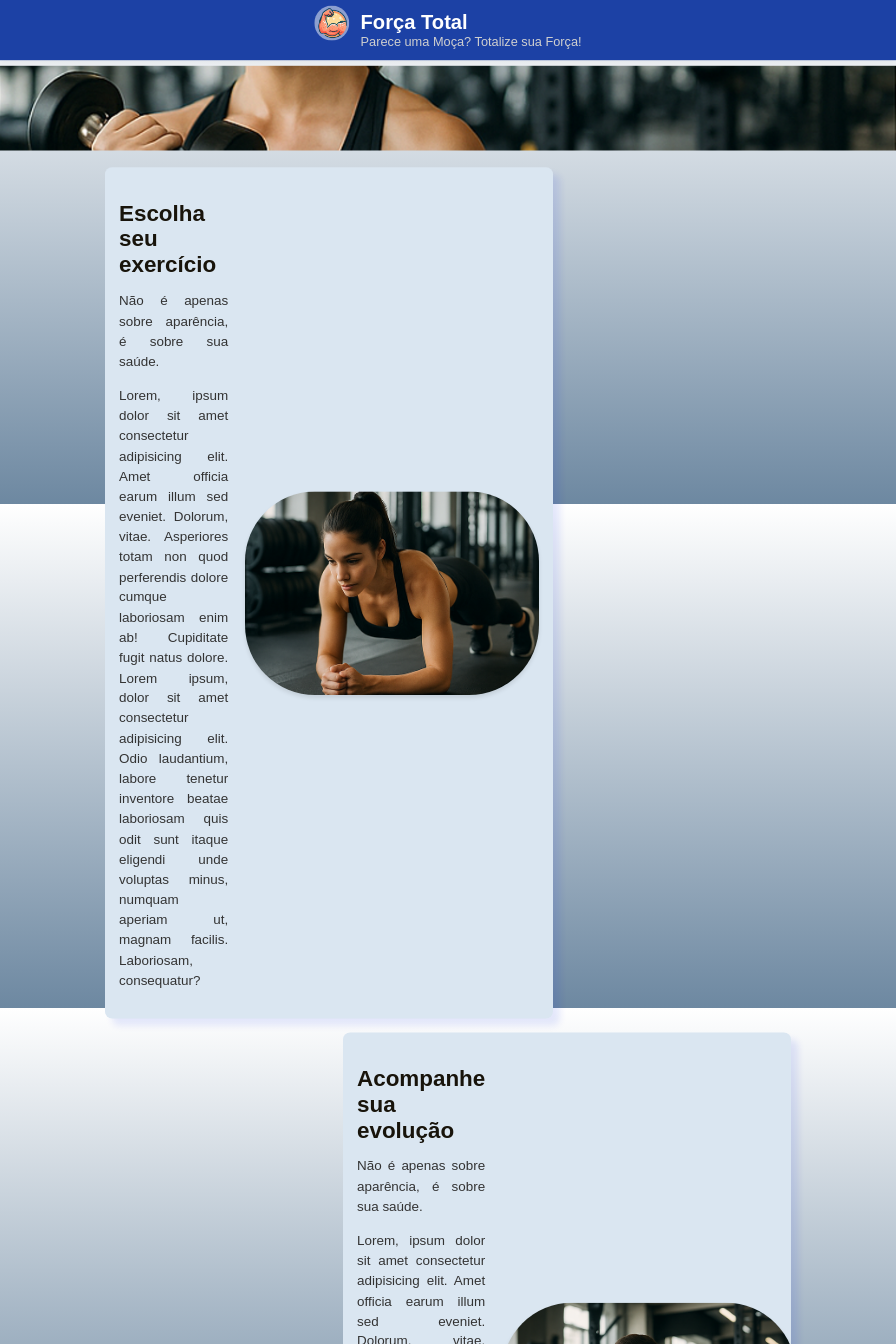
Repository: LuidyOn/Site_Forca_Total
Page: ForçaTotal/index.html
These files come from the project's save history. The page is drawn as it stood at one moment and after the next save; the edit follows.
The browser window is 1280 px wide. The pictures show the part of the page from y = 0 to 1920 px (the page is 3944 px tall before and 3456 px after), at 70% of full size.
Backgrounds fixed to the window are drawn as part of the page.

Above is the page before, as saved 2025-05-19 14:14:58.
Not found: ForçaTotal/js/script.js

After the next save:
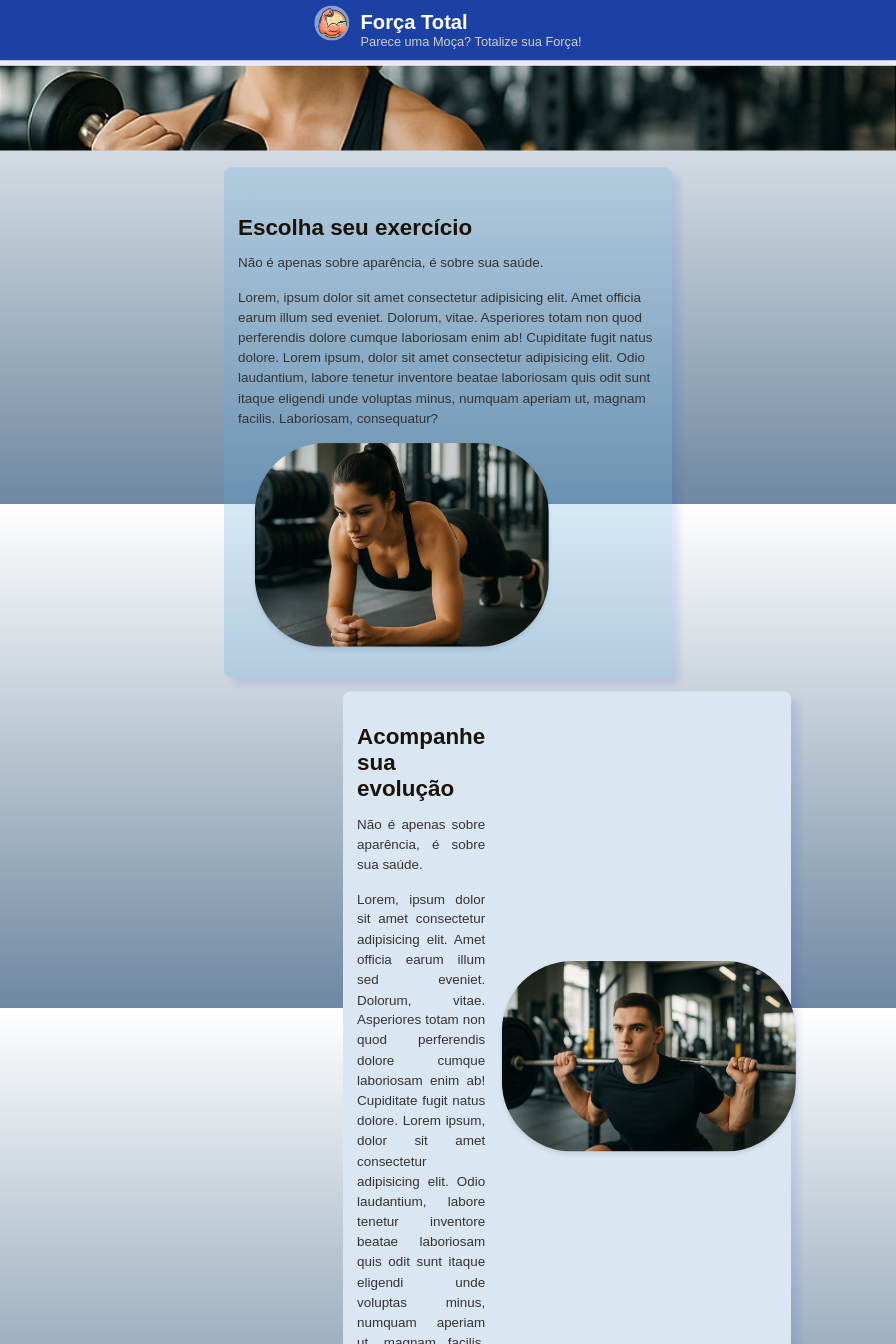
Saved 13 s later.
--- a/ForçaTotal/index.html
+++ b/ForçaTotal/index.html
@@ -21,8 +21,7 @@
 
 <img src="img/bannerpeso.png" alt="mulher com peso" style="width: 100%; height: auto; margin-top: 20px;">
 
-    <section class="variacao" style="background-color: #dae6f1; padding: 20px; text-align: justify; margin-left: 150px; display: flex; align-items: center; justify-content: space-between;">
-        <div style="flex: 1;">
+    <section class="variacao">
             <h2>Escolha seu exercício</h2>
             <p>Não é apenas sobre aparência, é sobre sua saúde.</p>
             <p>Lorem, ipsum dolor sit amet consectetur adipisicing elit. Amet officia earum illum sed eveniet. Dolorum, vitae. Asperiores totam non quod perferendis dolore cumque laboriosam enim ab! Cupiditate fugit natus dolore. Lorem ipsum, dolor sit amet consectetur adipisicing elit. Odio laudantium, labore tenetur inventore beatae laboriosam quis odit sunt itaque eligendi unde voluptas minus, numquam aperiam ut, magnam facilis. Laboriosam, consequatur?</p>

After the save that followed:
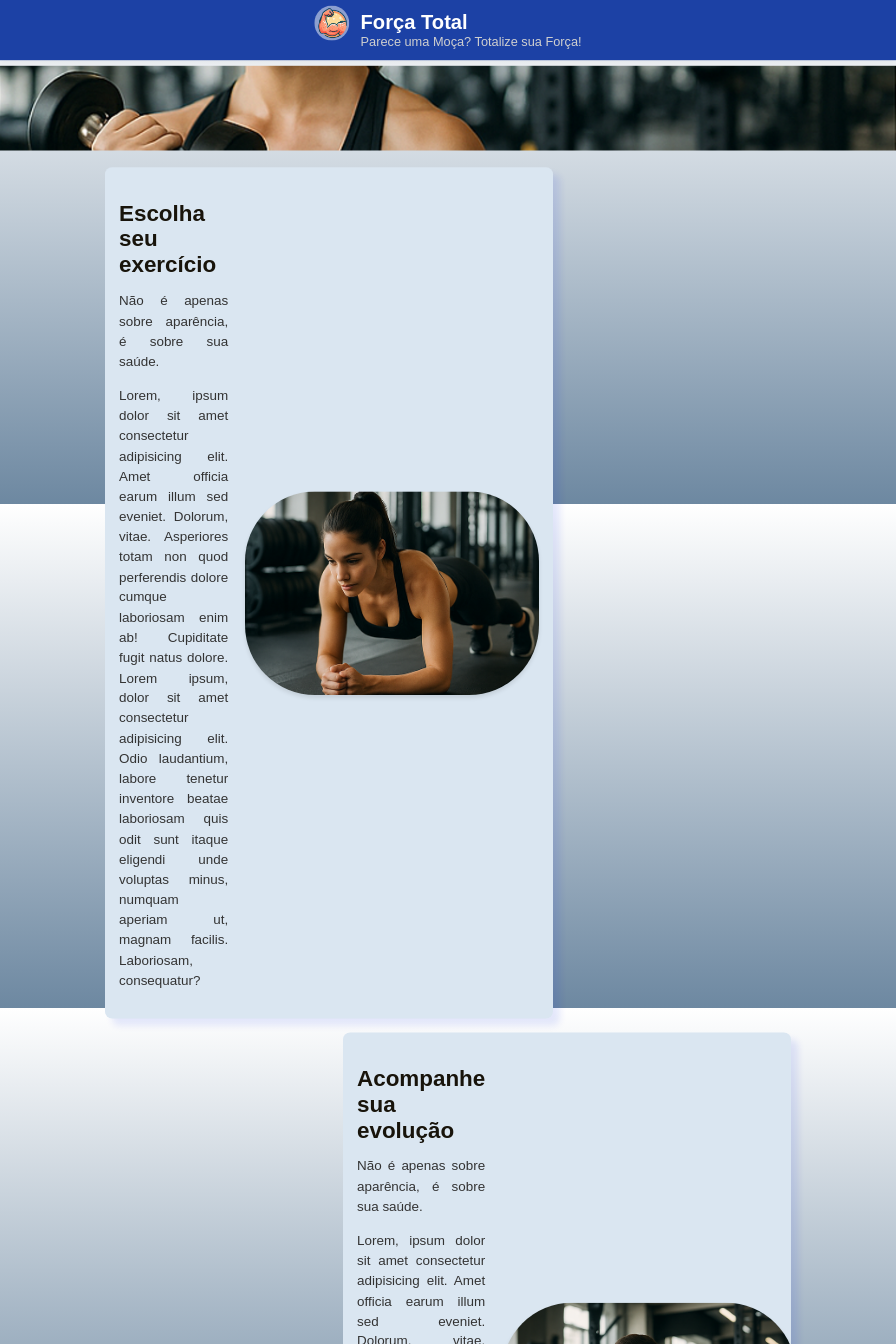
Saved 28 s later.
--- a/ForçaTotal/index.html
+++ b/ForçaTotal/index.html
@@ -21,7 +21,8 @@
 
 <img src="img/bannerpeso.png" alt="mulher com peso" style="width: 100%; height: auto; margin-top: 20px;">
 
-    <section class="variacao">
+    <section class="variacao" style="background-color: #dae6f1; padding: 20px; text-align: justify; margin-left: 150px; display: flex; align-items: center; justify-content: space-between;">
+        <div style="flex: 1;">
             <h2>Escolha seu exercício</h2>
             <p>Não é apenas sobre aparência, é sobre sua saúde.</p>
             <p>Lorem, ipsum dolor sit amet consectetur adipisicing elit. Amet officia earum illum sed eveniet. Dolorum, vitae. Asperiores totam non quod perferendis dolore cumque laboriosam enim ab! Cupiditate fugit natus dolore. Lorem ipsum, dolor sit amet consectetur adipisicing elit. Odio laudantium, labore tenetur inventore beatae laboriosam quis odit sunt itaque eligendi unde voluptas minus, numquam aperiam ut, magnam facilis. Laboriosam, consequatur?</p>
